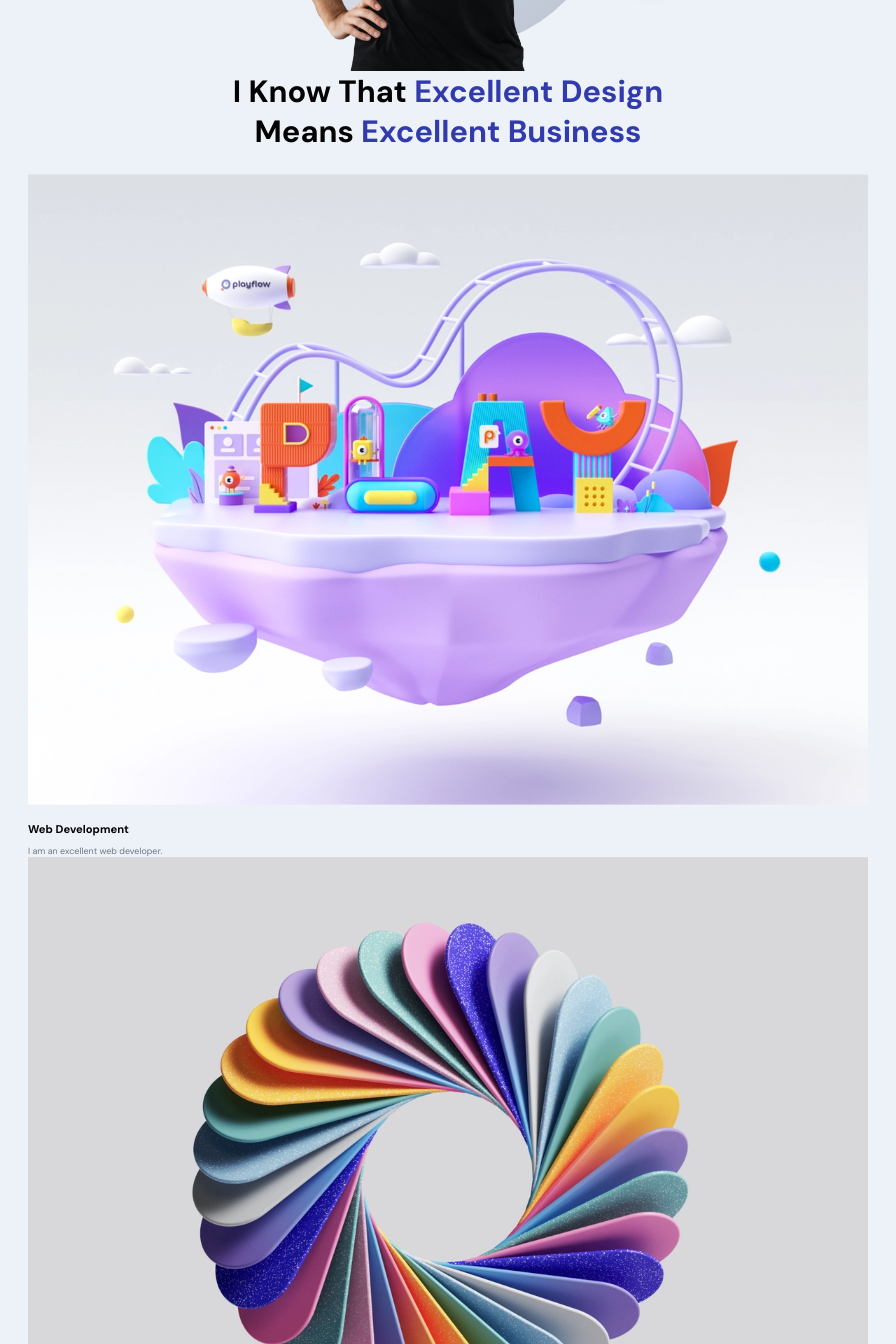
Repository: 61ZM07H36R3ML1N/Portfolio-JS
Page: / (app in frontend_react/)
The author's editor kept a copy of each file at every save. The page is drawn from the files as they stood at one save, then again after a run of saves.
The browser window is 1280 px wide. The pictures show the part of the page from y = 588 to 2508 px (the page is 4823 px tall before and 922 px after), at 70% of full size.
The project was rebuilt for these pictures with package versions that can differ from the ones it lists, and the page was loaded fresh each time. Also part of the build but not shown: frontend_react/src/container/Skills/Skills.scss, frontend_react/src/container/Work/Work.scss.

Above is the page before, as saved 2022-10-17 16:06:15.

### frontend_react/src/App.js
import React from 'react';

import {
  About,
  Footer,
  Header,
  Skills,
  Testimonial,
  Work,
} from './container';
import { Navbar } from './components';
import './App.scss';

const App = () => {
  return (
    <div className="app">
      <Navbar />
      <Header />
      <About />
      <Work />
      <Skills />
      <Testimonial />
      <Footer />
    </div>
  );
};

export default App;

### frontend_react/src/index.css
@import url("https://fonts.googleapis.com/css2?family=DM+Sans:wght@400;500;700&display=swap");

:root {
    --font-base: "DM Sans", sans-serif;

    --primary-color: #edf2f8;
    --secondary-color: #313bac;
    --black-color: #030303;
    --lightGray-color: #e4e4e4;
    --gray-color: #6b7688;
    --brown-color: #46364a;
    --white-color: #ffffff;

}

*{
    box-sizing: border-box;
    padding: 0;
    margin: 0;
    scroll-behavior: smooth;
}

### frontend_react/src/App.scss
.app {
    background-color: var(--primary-color);
    font-family: var(--font-base);
  }

  .app__whitebg {
    background-color: var(--white-color);
  }

  .app__primarybg {
    background-color: var(--primary-color);
  }

  .app__container {
    width: 100%;
    min-height: 100vh;

    display: flex;
    flex-direction: row;
  }

  .app__flex {
    display: flex;
    justify-content: center;
    align-items: center;
  }

  .app__wrapper {
    flex: 1;
    width: 100%;
    flex-direction: column;
    padding: 4rem 2rem;

    @media screen and (max-width: 450px) {
      padding: 4rem 1rem 2rem;
    }
  }

  .copyright {
    width: 100%;
    padding: 2rem 0 0;

    display: flex;
    flex-direction: column;
    justify-content: flex-end;
    align-items: flex-end;

    p {
      text-transform: uppercase;
      color: var(--black-color);
    }
  }

  .head-text {
    font-size: 2.75rem;
    font-weight: 800;
    text-align: center;
    color: var(--black-color);
    text-transform: capitalize;

    span {
      color: var(--secondary-color);
    }

    @media screen and (min-width: 2000px) {
      font-size: 4rem;
    }

    @media screen and (max-width: 450px) {
      font-size: 2rem;
    }
  }

  .p-text {
    font-size: 0.8rem;
    text-align: left;
    color: var(--gray-color);
    line-height: 1.5;

    @media screen and (min-width: 2000px) {
      font-size: 1.75rem;
    }
  }

  .bold-text {
    font-size: 1rem;
    font-weight: 800;
    color: var(--black-color);
    text-align: left;

    @media screen and (min-width: 2000px) {
      font-size: 2rem;
    }

    @media screen and (max-width: 450px) {
      font-size: 0.9rem;
    }
  }

  .app__social {
    display: flex;
    justify-content: flex-end;
    align-items: center;
    flex-direction: column;

    padding: 1rem;

    div {
      width: 40px;
      height: 40px;
      border-radius: 50%;
      background-color: var(--white-color);
      margin: 0.25rem 0;
      border: 1px solid var(--lightGray-color);

      display: flex;
      justify-content: center;
      align-items: center;

      transition: all 0.3s ease-in-out;

      svg {
        width: 15px;
        height: 15px;
        color: var(--gray-color);
      }

      &:hover {
        background-color: var(--secondary-color);
        border-color: var(--secondary-color);

        svg {
          color: var(--white-color);
        }
      }

      @media screen and (min-width: 2000px) {
        width: 70px;
        height: 70px;

        margin: 0.5rem 0;

        svg {
          width: 30px;
          height: 30px;
        }
      }
    }
  }

  .app__navigation {
    display: flex;
    justify-content: center;
    align-items: center;
    flex-direction: column;

    padding: 1rem;

    .app__navigation-dot {
      width: 10px;
      height: 10px;
      border-radius: 50%;
      background-color: #cbcbcb;
      margin: 0.5rem;

      transition: background-color 0.2s ease-in-out;

      &:hover {
        background-color: var(--secondary-color);
      }

      @media screen and (min-width: 2000px) {
        width: 20px;
        height: 20px;
      }
    }
  }

  @media screen and (max-width: 500px) {
    .app__navigation,
    .app__social {
      display: none;
    }

    .copyright {
      padding: 2rem;
    }
  }

### frontend_react/src/container/About/About.jsx
import React, { useState, useEffect } from 'react';
import { motion } from 'framer-motion';

import { images } from '../../constants';
import './About.scss';

const about = [
  {
    title: 'Web Development',
    description: 'I am an excellent web developer.',
    imgUrl: images.about01,
  },
  {
    title: 'Frontend Development',
    description: 'I am an excellent web developer.',
    imgUrl: images.about02,
  },
  {
    title: 'Backend Development',
    description: 'I am an excellent web developer.',
    imgUrl: images.about03,
  },
  {
    title: 'MERN Stack',
    description: 'I am an excellent web developer.',
    imgUrl: images.about04,
  },
];

const About = () => {
  return (
    <>
      <h2 className="head-text">
        I Know That
        <span> Excellent Design</span>
        <br />
        means
        <span> Excellent Business</span>
      </h2>

      <div className="app__profiles">
        {about.map((about, index) => (
          <motion.div
            whileInView={{ opacity: 1 }}
            whileHover={{ scale: 1.1 }}
            transition={{ duration: 0.5, type: 'tween' }}
            className="app-profile-item"
            key={about.title + index}
          >
            <img src={about.imgUrl} alt={about.title} />
            <h2 className="bold-text" style={{ marginTop: 20 }}>
              {about.title}
            </h2>
            <p className="p-text" style={{ marginTop: 10 }}>
              {about.description}
            </p>
          </motion.div>
        ))}
      </div>
    </>
  );
};

export default About;

### frontend_react/src/container/Footer/Footer.jsx
import React from 'react';

import './Footer.scss';

const Footer = () => {
  return <div>Footer</div>;
};

export default Footer;

### frontend_react/src/container/Header/Header.jsx
import React from 'react';
import { motion } from 'framer-motion';


import { images } from '../../constants';
import './Header.scss';

const scaleVariants = {
  whileInView: {
    scale: [0, 1],
    opacity: [0, 1],
    transition: {
      duration: 1,
      ease: 'easeInOut',
    },
  },
};

const Header = () => (
  <div className="app__header app__flex">
    <motion.div
      whileInView={{ x: [-100, 0], opacity: [0, 1] }}
      transition={{ duration: 0.5 }}
      className="app__header-info"
    >
      <div className="app__header-badge">
        <div className="badge-cmp app__flex">
          <span>👋</span>
          <div style={{ marginLeft: 20 }}>
            <p className="p-text">Hello, I am</p>
            <h1 className="head-text">Brian</h1>
          </div>
        </div>

        <div className="tag-cmp app__flex">
          <p className="p-text">Web Developer</p>
          <p className="p-text">Freelancer</p>
        </div>
      </div>
    </motion.div>

    <motion.div
      whileInView={{ opacity: [0, 1] }}
      transition={{ duration: 0.5, delayChildren: 0.5 }}
      className="app__header-img"
    >
      <img src={images.profile} alt="profile_bg" />
      <motion.img
        whileInView={{ scale: [0, 1] }}
        transition={{ duration: 1, ease: 'easeInOut' }}
        src={images.circle}
        alt="profile_circle"
        className="overlay_circle"
      />
    </motion.div>

    <motion.div
      variants={scaleVariants}
      whileInView={scaleVariants.whileInView}
      className="app__header-circles"
    >
      {[images.flutter, images.redux, images.sass].map((circle, index) => (
        <div className="circle-cmp app__flex" key={`circle-${index}`}>
          <img src={circle} alt="profile_bg" />
        </div>
      ))}
    </motion.div>
  </div>
);

export default Header;

### frontend_react/src/container/Skills/Skills.jsx
import React from 'react';

import './Skills.scss';

const Skills = () => {
  return <div>Skills</div>;
};

export default Skills;

### frontend_react/src/container/Testimonial/Testimonial.jsx
import React from 'react';

import './Testimonial.scss';

const Testimonial = () => {
  return <div>Testimonial</div>;
};

export default Testimonial;

### frontend_react/src/container/Work/Work.jsx
import React from 'react';

import './Work.scss';

const Work = () => {
  return <div>Work</div>;
};

export default Work;

### frontend_react/src/components/Navbar/Navbar.jsx
import React, { useState } from 'react';
import { HiMenuAlt4, HiX } from 'react-icons/hi';
import { motion } from 'framer-motion';

import { images } from '../../constants';
import './Navbar.scss';

const Navbar = () => {
  const [toggle, setToggle] = useState(false);

  return (
    <nav className="app__navbar">
      <div className="app__navbar-logo">
        <img src={images.logo} alt="logo" />
      </div>
      <ul className="app__navbar-links">
        {['home', 'about', 'work', 'skills', 'contact'].map(item => (
          <li className="app__flex p-text" key={`link-${item}`}>
            <div />
            <a href={`#${item}`}>{item}</a>
          </li>
        ))}
      </ul>

      <div className="app__navbar-menu">
        <HiMenuAlt4 onClick={() => setToggle(true)} />

        {toggle && (
          <motion.div
            whileInView={{ x: [300, 0] }}
            transition={{ duration: 0.85, ease: 'easeOut' }}
          >
            <HiX onClick={() => setToggle(false)} />
            <ul>
              {['home', 'about', 'work', 'skills', 'contact'].map(item => (
                <li key={item}>
                  <a href={`#${item}`} onClick={() => setToggle(false)}>
                    {item}
                  </a>
                </li>
              ))}
            </ul>
          </motion.div>
        )}
      </div>
    </nav>
  );
};

export default Navbar;

### frontend_react/src/container/Header/Header.scss
#home {
    position: relative;
    background: url("../../assets/bgIMG.png");
    background-size: cover;
    background-position: center;
    background-repeat: repeat;

    // disable the default padding styles
    .app__wrapper {
      padding: 0;

      .copyright {
        display: none;
      }
    }
  }

  .app__header {
    flex: 1;
    width: 100%;
    height: 100%;
    flex-direction: row;

    padding: 6rem 2rem 0rem;

    @media screen and (min-width: 2000px) {
      padding-top: 8rem;
    }

    @media screen and (max-width: 1200px) {
      flex-direction: column;
    }

    @media screen and (max-width: 450px) {
      padding: 6rem 1rem 2rem;
    }
  }

  .app__header-info {
    flex: 0.65;
    display: flex;
    flex-direction: column;
    justify-content: flex-start;
    align-items: flex-start;
    height: 100%;

    margin: 0 2rem;

    @media screen and (max-width: 1200px) {
      width: 100%;
      margin-right: 0rem;
    }
  }

  .app__header-badge {
    width: 100%;
    display: flex;
    justify-content: flex-end;
    align-items: flex-end;
    flex-direction: column;

    .badge-cmp,
    .tag-cmp {
      padding: 1rem 2rem;
      background: var(--white-color);
      border-radius: 15px;
      flex-direction: row;
      width: auto;

      box-shadow: 0px 0px 20px rgba(0, 0, 0, 0.1);
    }

    .tag-cmp {
      flex-direction: column;
      margin-top: 3rem;

      p {
        width: 100%;
        text-transform: uppercase;
        text-align: right;
      }
    }

    span {
      font-size: 2.5rem;

      @media screen and (min-width: 2000px) {
        font-size: 5rem;
      }
    }

    @media screen and (max-width: 1200px) {
      justify-content: flex-start;
      align-items: flex-start;
    }
  }

  .app__header-circles {
    flex: 0.75;
    display: flex;
    flex-direction: column;
    justify-content: space-evenly;
    align-items: flex-start;
    height: 100%;
    margin-left: 1rem;

    div {
      width: 100px;
      height: 100px;
      border-radius: 50%;

      background: var(--white-color);
      box-shadow: 0px 0px 20px rgba(0, 0, 0, 0.1);

      img {
        width: 60%;
        height: 60%;
      }
    }

    // circles with different height & width

    div:nth-child(1) {
      width: 100px;
      height: 100px;
    }

    div:nth-child(2) {
      margin: 1.75rem;
      width: 150px;
      height: 150px;
    }

    div:nth-child(3) {
      width: 70px;
      height: 70px;
    }

    @media screen and (min-width: 2000px) {
      div:nth-child(2) {
        width: 400px;
        height: 400px;
      }

      div:nth-child(3) {
        width: 170px;
        height: 170px;
      }

      div:nth-child(1) {
        width: 200px;
        height: 200px;
      }
    }

    @media screen and (max-width: 1200px) {
      width: 100%;
      flex-direction: row;
      flex-wrap: wrap;
      margin-left: 0;

      div {
        margin: 1rem;
      }
    }
  }

  .app__header-img {
    flex: 1;
    height: 100%;

    display: flex;
    justify-content: flex-end;
    align-items: flex-end;
    position: relative;

    img {
      width: 100%;
      object-fit: contain;
      z-index: 1;
    }

    .overlay_circle {
      position: absolute;
      left: 0;
      right: 0;
      bottom: 0;
      z-index: 0;
      width: 100%;
      height: 90%;
    }

    @media screen and (max-width: 1200px) {
      margin: 2rem 0;
    }
  }

### frontend_react/src/components/Navbar/Navbar.scss
.app__navbar {
    width: 100%;

    display: flex;
    justify-content: space-between;
    align-items: center;

    padding: 1rem 2rem;
    background: rgba(255, 255, 255, 0.25);
    // box-shadow: 0 8px 32px 0 rgba( 31, 38, 135, 0.37 );
    backdrop-filter: blur(4px);
    -webkit-backdrop-filter: blur(4px);
    border: 1px solid rgba(255, 255, 255, 0.18);
    position: fixed;
    z-index: 2;
  }

  .app__navbar-logo {
    display: flex;
    justify-content: flex-start;
    align-items: center;

    img {
      width: 90px;
      height: 20px;

      @media screen and (min-width: 2000px) {
        width: 180px;
        height: 40px;
      }
    }
  }

  .app__navbar-links {
    flex: 1;
    display: flex;
    justify-content: center;
    align-items: center;

    list-style: none;

    li {
      margin: 0 1rem;
      cursor: pointer;

      flex-direction: column;

      div {
        width: 5px;
        height: 5px;
        background: transparent;
        border-radius: 50%;

        margin-bottom: 5px;
      }

      a {
        color: var(--gray-color);
        text-decoration: none;
        flex-direction: column;

        text-transform: uppercase;
        font-weight: 500;

        transition: all 0.3s ease-in-out;

        &:hover {
          color: var(--secondary-color);
        }
      }

      &:hover {
        div {
          background: var(--secondary-color);
        }
      }
    }

    @media screen and (max-width: 900px) {
      display: none;
    }
  }

  .app__navbar-menu {
    width: 35px;
    height: 35px;
    border-radius: 50%;
    position: relative;

    display: flex;
    justify-content: center;
    align-items: center;
    background-color: var(--secondary-color);


    svg {
      width: 70%;
      height: 70%;
      color: var(--white-color);
    }

    div {
      position: fixed;
      top: 0;
      bottom: 0;
      right: 0;
      z-index: 5;

      padding: 1rem;

      width: 80%;
      height: 100vh;

      display: flex;
      justify-content: flex-end;
      align-items: flex-end;
      flex-direction: column;

      background: url('../../assets/bgWhite.png');
      background-color: var(--white-color);
      background-size: cover;
      background-repeat: repeat;

      /* top box shadow */
      box-shadow: 0px 0px 20px rgba(168, 168, 168, 0.15);

      svg {
        width: 35px;
        height: 35px;
        color: var(--secondary-color);
        margin: 0.5rem 1rem;
      }

      ul {
        list-style: none;
        margin: 0;
        padding: 0;
        height: 100%;
        width: 100%;

        display: flex;
        justify-content: flex-start;
        align-items: flex-start;
        flex-direction: column;

        li {
          margin: 1rem;

          a {
            color: var(--gray-color);
            text-decoration: none;
            font-size: 1rem;
            text-transform: uppercase;
            font-weight: 500;

            transition: all 0.3s ease-in-out;

            &:hover {
              color: var(--secondary-color);
            }
          }
        }
      }

      @media screen and (min-width: 900px) {
        display: none;
      }
    }

    @media screen and (min-width: 900px) {
      display: none;
    }
  }

### frontend_react/src/constants/images.js
import email from '../assets/email.png';
import mobile from '../assets/mobile.png';
import api from '../assets/api.png';
import cpp from '../assets/cpp.png';
import css from '../assets/css.png';
import figma from '../assets/figma.png';
import flutter from '../assets/flutter.png';
import git from '../assets/git.png';
import graphql from '../assets/graphql.png';
import html from '../assets/html.png';
import javascript from '../assets/javascript.png';
import mu5 from '../assets/mu5.png';
import node from '../assets/node.png';
import python from '../assets/python.png';
import react from '../assets/react.png';
import redux from '../assets/redux.png';
import sass from '../assets/sass.png';
import typescript from '../assets/typescript.png';
import vue from '../assets/vue.png';

import about01 from '../assets/about01.png';
import about02 from '../assets/about02.png';
import about03 from '../assets/about03.png';
import about04 from '../assets/about04.png';

import profile from '../assets/profile.png';
import circle from '../assets/circle.svg';
import logo from '../assets/logo.png';

import adidas from '../assets/adidas.png';
import amazon from '../assets/amazon.png';
import asus from '../assets/asus.png';
import bolt from '../assets/bolt.png';
import nb from '../assets/nb.png';
import skype from '../assets/skype.png';
import spotify from '../assets/spotify.png';

export default {
  email,
  mobile,
  api,
  cpp,
  css,
  figma,
  flutter,
  git,
  graphql,
  html,
  javascript,
  mu5,
  node,
  python,
  react,
  redux,
  sass,
  typescript,
  vue,
  about01,
  about02,
  about03,
  about04,
  profile,
  circle,
  logo,
  adidas,
  amazon,
  asus,
  bolt,
  nb,
  skype,
  spotify,
};

Loaded but not shown: frontend_react/public/index.html (common file); frontend_react/src/index.js (common file); frontend_react/src/container/index.js (common file); frontend_react/src/components/index.js (common file); frontend_react/src/constants/index.js (common file); frontend_react/src/container/About/About.scss (common file); frontend_react/src/container/Footer/Footer.scss (no stored copy; drawn as an empty file); frontend_react/src/container/Testimonial/Testimonial.scss (no stored copy; drawn as an empty file)

After the next 2 saves:
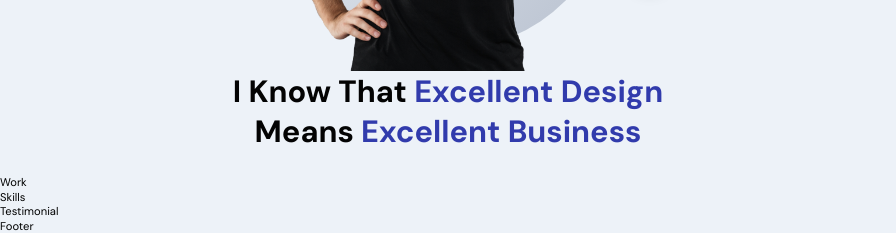
The 2 saves are shown as one change because 1 did not build or start.
The last was saved 4 min 13 s later.
--- a/frontend_react/src/container/About/About.jsx
+++ b/frontend_react/src/container/About/About.jsx
@@ -28,6 +28,7 @@
 ];
 
 const About = () => {
+  const [about, setAbout] = useState([]);
   return (
     <>
       <h2 className="head-text">
